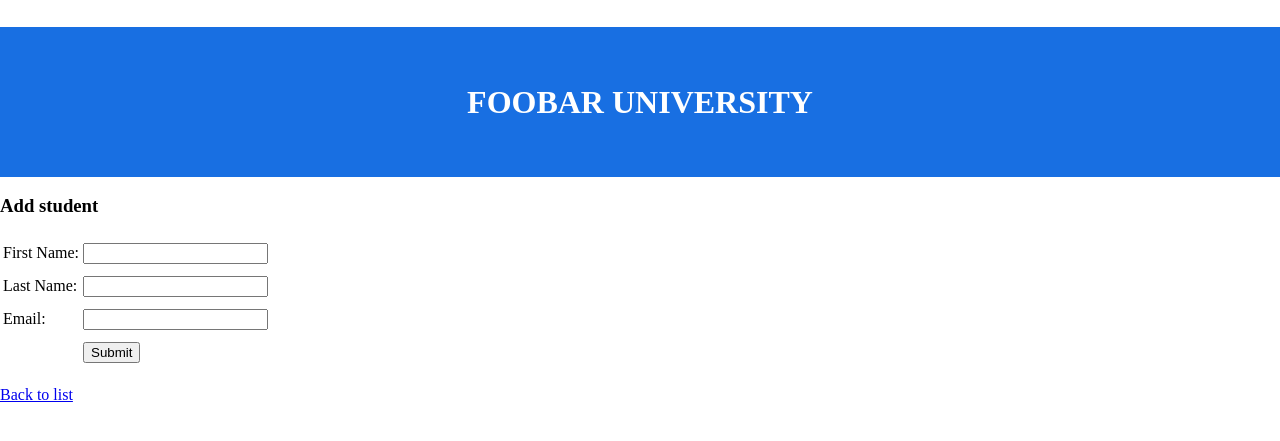
Repository: theslayer2964/Ahihihaha
Page: http://localhost/web_student_tracker/add-student-form.jsp
An editor plug-in stored every save of this project. The page is shown before and after the next save, followed by the edit.
The browser window is 1280 px wide. The pictures show the whole page.
The page is served by Tomcat 9.

Above is the page before, as saved 2022-03-05 08:01:53.

After the next save:
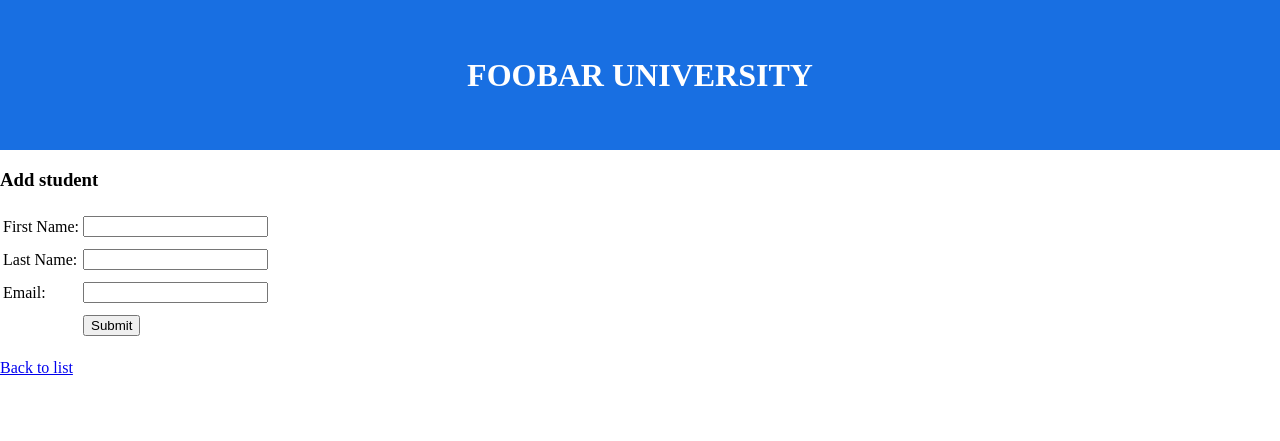
Saved 4 min 11 s later.
--- a/web_student_tracker/src/main/webapp/add-student-form.jsp
+++ b/web_student_tracker/src/main/webapp/add-student-form.jsp
@@ -10,7 +10,7 @@
 <body>
 	<div id="wrapper">
         <div id="header">
-            <h2>FOOBAR UNIVERSITY</h2>
+            <h2 style="margin-top: 0px">FOOBAR UNIVERSITY</h2>
         </div>
     </div>
     <div id="container">
